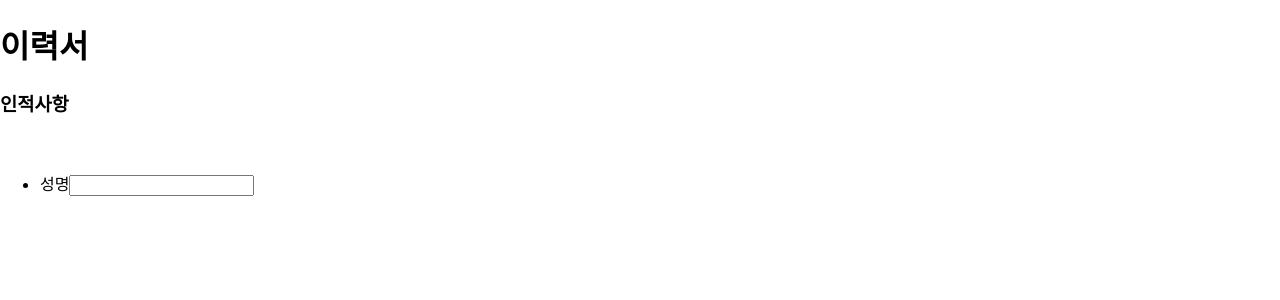
Repository: jiyeonyun/etc
Page: / (app in job/)
The author's editor kept a copy of each file at every save. The page is drawn from the files as they stood at one save, then again after the next save.
The browser window is 1280 px wide. The pictures show the whole page.
The project was rebuilt for these pictures with package versions that can differ from the ones it lists, and the page was loaded fresh each time. Also part of the build but not shown: job/src/components/info/info.module.css.

Above is the page before, as saved 2022-05-18 09:48:47.

After the next save:
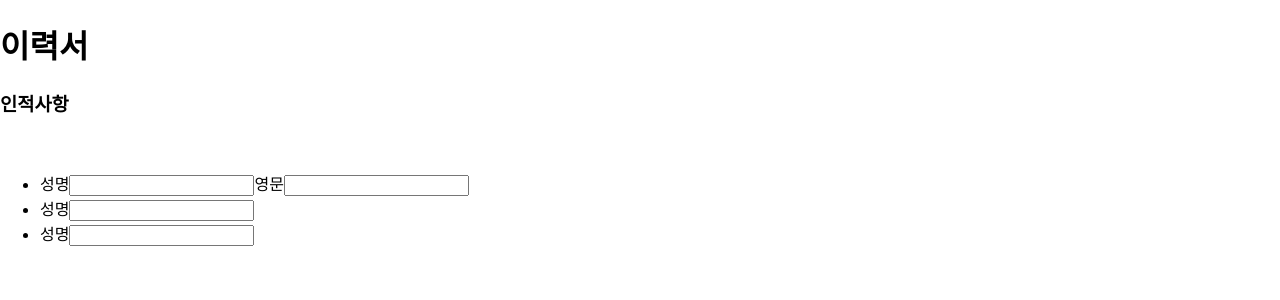
Saved 30 s later.
--- a/job/src/components/info/info.jsx
+++ b/job/src/components/info/info.jsx
@@ -13,6 +13,16 @@ const Info = (props) => {
             <li className={styles.des}>
               <label htmlFor="name">성명</label>
               <input type="text" id="name" />
+              <label htmlFor="eName">영문</label>
+              <input type="text" id="eName" />
+            </li>
+            <li className={styles.des}>
+              <label htmlFor="name">성명</label>
+              <input type="text" id="name" />
+            </li>
+            <li className={styles.des}>
+              <label htmlFor="name">성명</label>
+              <input type="text" id="name" />
             </li>
           </ul>
         </div>
